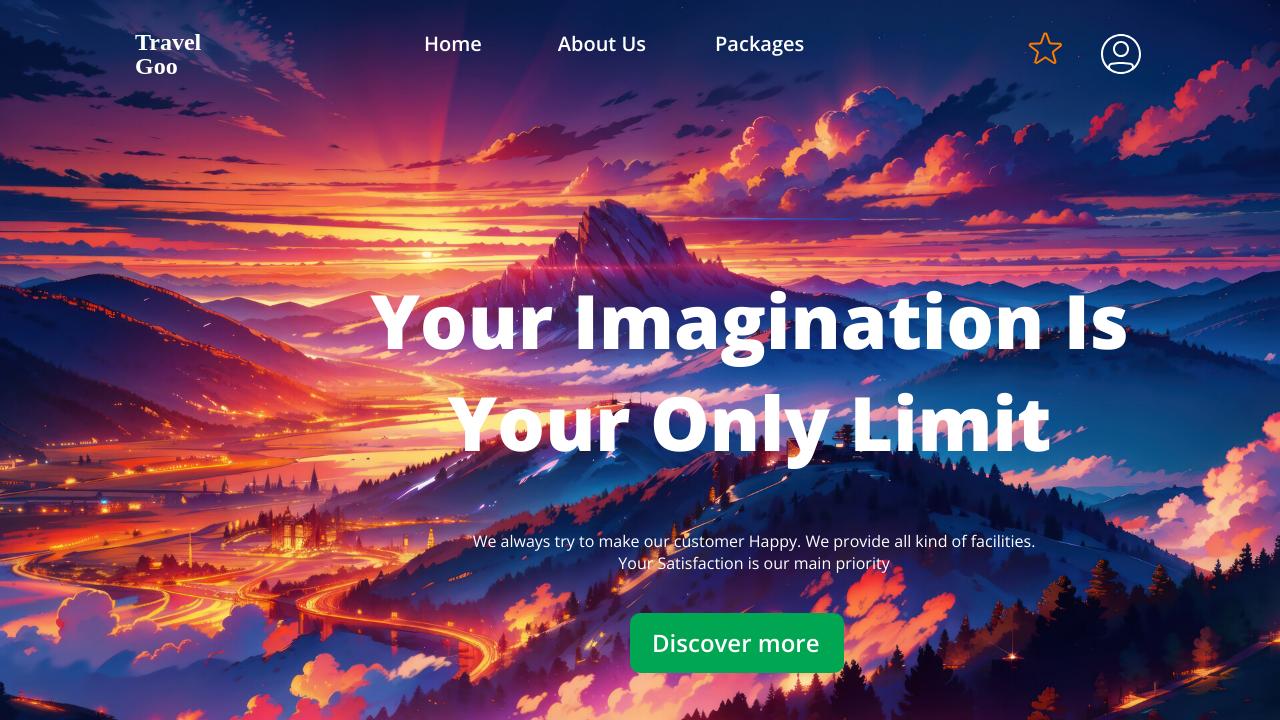
Repository: HeybetzadeQedim/task-3
Page: index.html
An editor plug-in stored every save of this project. The page is shown before and after a run of saves, followed by the edit.
The browser window is 1280 px wide. The pictures show the whole page.
Some web fonts or font styles are not loaded; a fallback is used.

Above is the page before, as saved 2023-10-07 13:44:56.

### index.html
<!DOCTYPE html>
<html lang="en">
<head>
    <meta charset="UTF-8">
    <meta name="viewport" content="width=device-width, initial-scale=1.0">
    <title>Document</title>
    <link rel="stylesheet" href="./index.css"
</head>
<body>
    <div class="box-container">
        <nav>
            <p class="text-1">Travel<br> Goo</p>
            <ul>
                <li>Home</li>
                <li>About Us</li>
                <li>Packages</li>
            </ul>
            <div class="image-container">
                <img src="./images/clarity_favorite-line.svg">
                <img src="./images/healthicons_ui-user-profile-outline.svg">
            </div>
        </nav>

        <h1>Your Imagination Is Your Only Limit</h1>
        <p class="text-2">We always try to make our customer Happy. We provide all kind of facilities. Your Satisfaction is our main priority</p>
        <p class="text-3">Discover more</p>


    </div>


</body>
</html>

### index.css
@import url("https://fonts.googleapis.com/css2?family=Laila:wght@700&family=Open+Sans:wght@400;600;700;800&display=swap");
* {
  margin: 0;
  padding: 0;
  box-sizing: border-box;
}
.box-container {
  background-image: url(./images/sunset-mountain-landscape-scenery-ai-art-hd-wallpaper-uhdpaper.com-744@1@l.jpg);
  min-height: 100vh;
  background-size: 100% 100%;
}
nav {
  padding: 30px 135px;
  display: flex;
  justify-content: space-between;
}
.text-1 {
  color: #fff;
  /* margin-top: 32px;
  margin-left: 136px; */
  font-family: Laila;
  font-size: 24px;
  font-style: normal;
  font-weight: 700;
  line-height: 102.5%;
}
ul {
  display: flex;
  /* margin-left: 370px; */
  /* margin-top: 36px; */
}
ul li:nth-child(2) {
  margin-left: 76px;
  margin-right: 69px;
}
li {
  color: #fff;
  font-family: Open Sans;
  font-size: 20px;
  font-style: normal;
  font-weight: 600;
  line-height: normal;
  list-style-type: none;

}

.image-container {
  /* margin-left: 411px; */
  display: flex;
}
.image-container img:first-child {
  /* margin-top: 54px; */
  margin-right: 34px;
  width: 36px;
  height: 36px;
}
.image-container img:last-child {
  /* margin-top: 48px; */
  width: 48px;
  height: 48px;
}
h1 {
  color: #fff;
  margin-left: 360px;
  margin-top: 160px;
  width: 779px;
  text-align: center;
  font-family: Open Sans;
  font-size: 75px;
  font-style: normal;
  font-weight: 800;
  line-height: normal;
}
.text-2 {
  color: #fff;
  margin-top: 57px;
  margin-left: 470px;
  width: 568px;
  text-align: center;
  font-family: Open Sans;
  font-size: 16px;
  font-style: normal;
  font-weight: 400;
  line-height: normal;
}
.text-3 {
  color: #fff;
  margin-left: 630px;
  margin-top: 39px;
  border-radius: 10px;
  background-color: #00A651;
  display: inline-block;
  padding: 13px 24px 14px 22px;
  text-align: center;
  font-family: Open Sans;
  font-size: 24px;
  font-style: normal;
  font-weight: 600;
  line-height: normal;
}

After the next 2 saves:
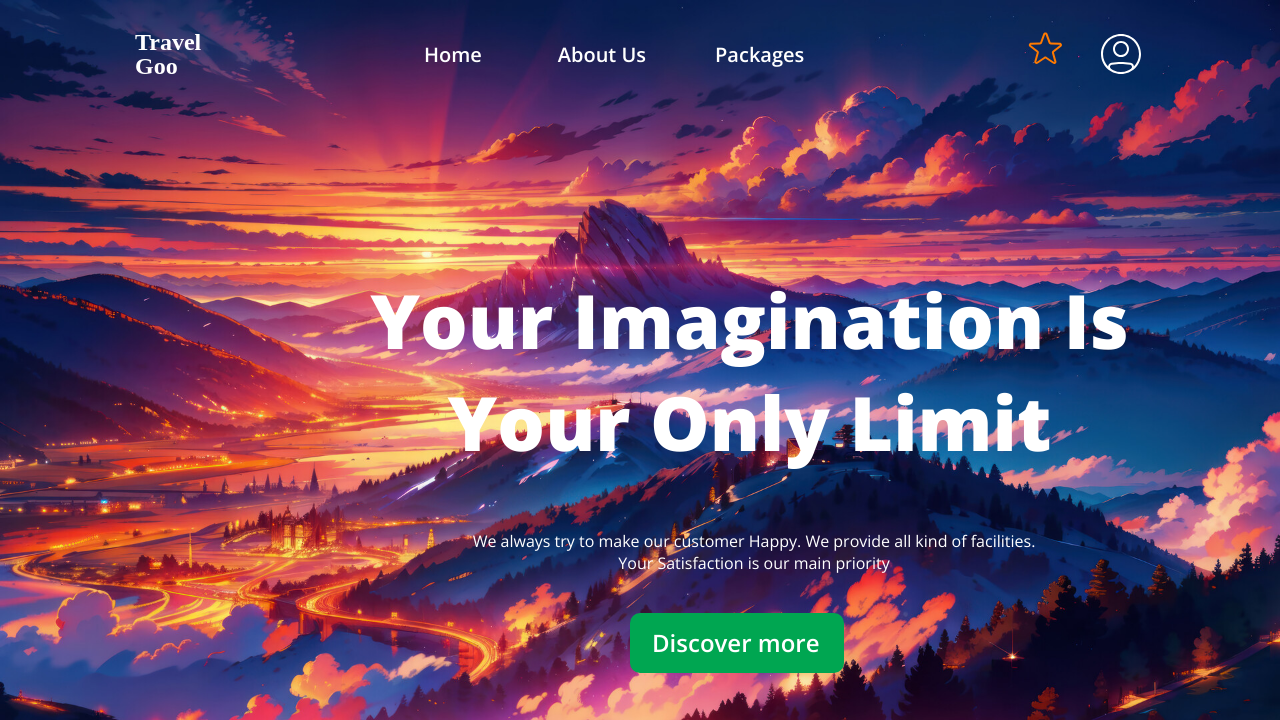
The 2 saves are shown as one change because they came seconds apart.
The last was saved 72 s later.
--- a/index.css
+++ b/index.css
@@ -13,6 +13,7 @@ nav {
   padding: 30px 135px;
   display: flex;
   justify-content: space-between;
+  align-items: center;
 }
 .text-1 {
   color: #fff;
@@ -26,6 +27,7 @@ nav {
 }
 ul {
   display: flex;
+  align-items: center;
   /* margin-left: 370px; */
   /* margin-top: 36px; */
 }
